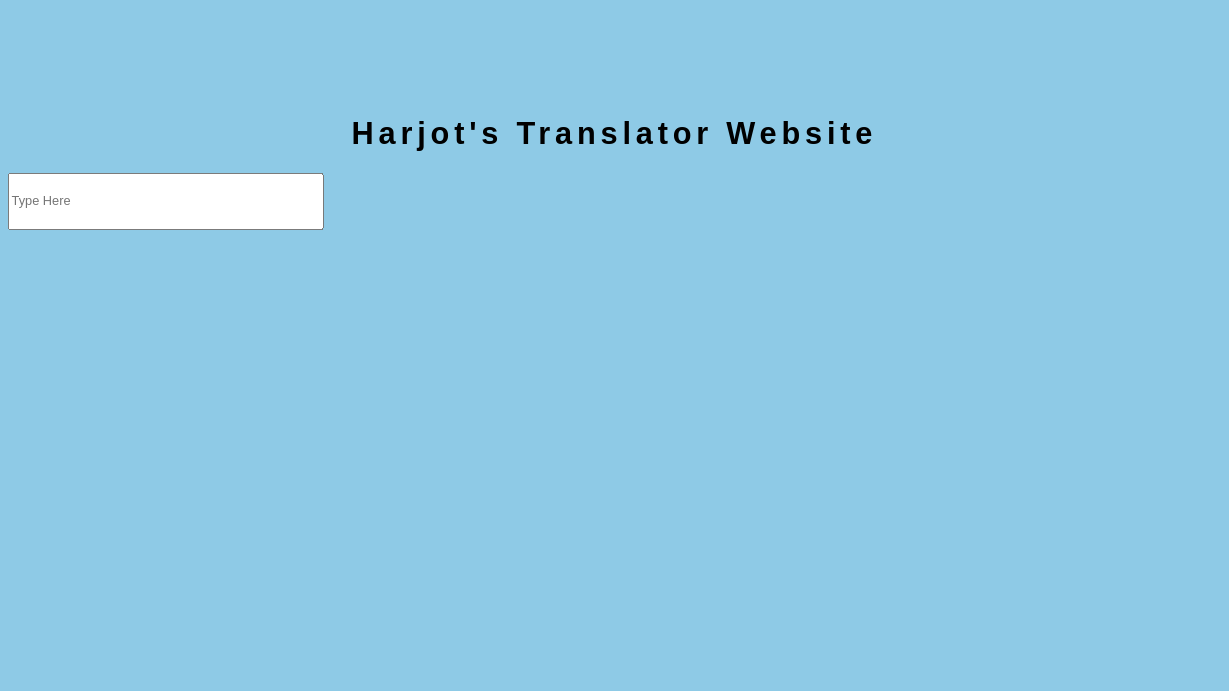
Repository: Harjot00/Pythonpractice
Page: Translator/homepage.html
The author's editor kept a copy of each file at every save. The page is drawn from the files as they stood at one save, then again after the next save.
The browser window is 1280 px wide. The pictures show the whole page, at 96% of full size.
Some web fonts or font styles are not loaded; a fallback is used.

Above is the page before, as saved 2022-03-06 18:15:58.

### Translator/homepage.html
<!DOCTYPE html>
<html lang="en">
<head>
    <meta charset="UTF-8">
    <meta http-equiv="X-UA-Compatible" content="IE=edge">
    <meta name="viewport" content="width=device-width, initial-scale=1.0">
    <title>Harjot's Translator</title>
    <link rel="stylesheet" href="styles.css">
    <link href="http://fonts.cdnfonts.com/css/mrs-sheppards" rel="stylesheet">

</head>
<body>
    <h1 style = "font-family: 'Mrs Sheppards', sans-serif;letter-spacing: 5px;">Harjot's Translator Website</h1>
    <input type="text" id="entry" placeholder="Type Here"></input>
</body>
</html>

### Translator/styles.css
body{
    background-color: #8ECAE6;
    font-family: open sans;
}
h1{
    padding-top: 100px;
    text-align: center;
}
#entry{
    width: 321px;
    height: 54px;
}

After the next save:
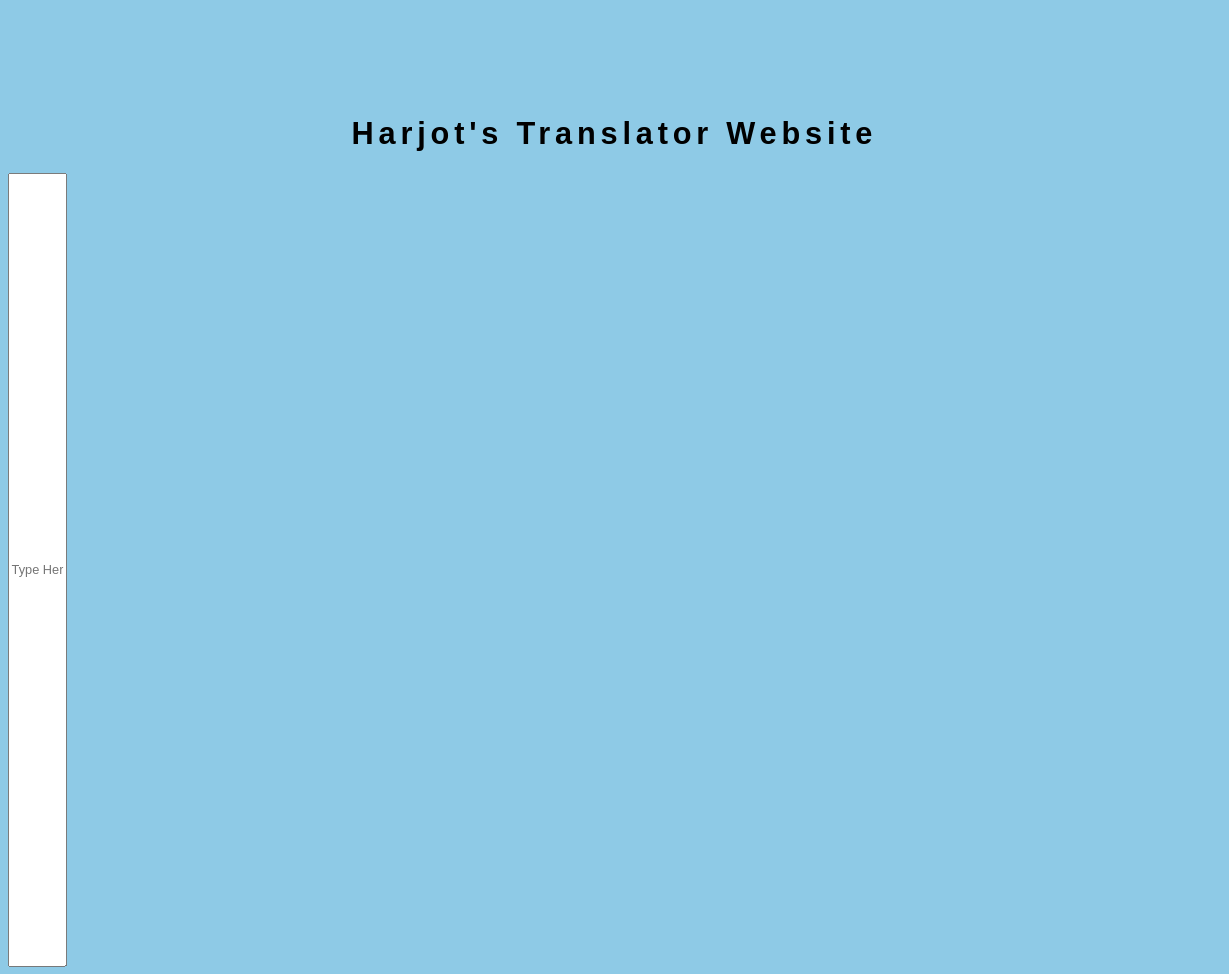
Saved 17 s later.
--- a/Translator/styles.css
+++ b/Translator/styles.css
@@ -7,6 +7,6 @@
     text-align: center;
 }
 #entry{
-    width: 321px;
-    height: 54px;
+    width: 54px;
+    height: 821px;
 }
